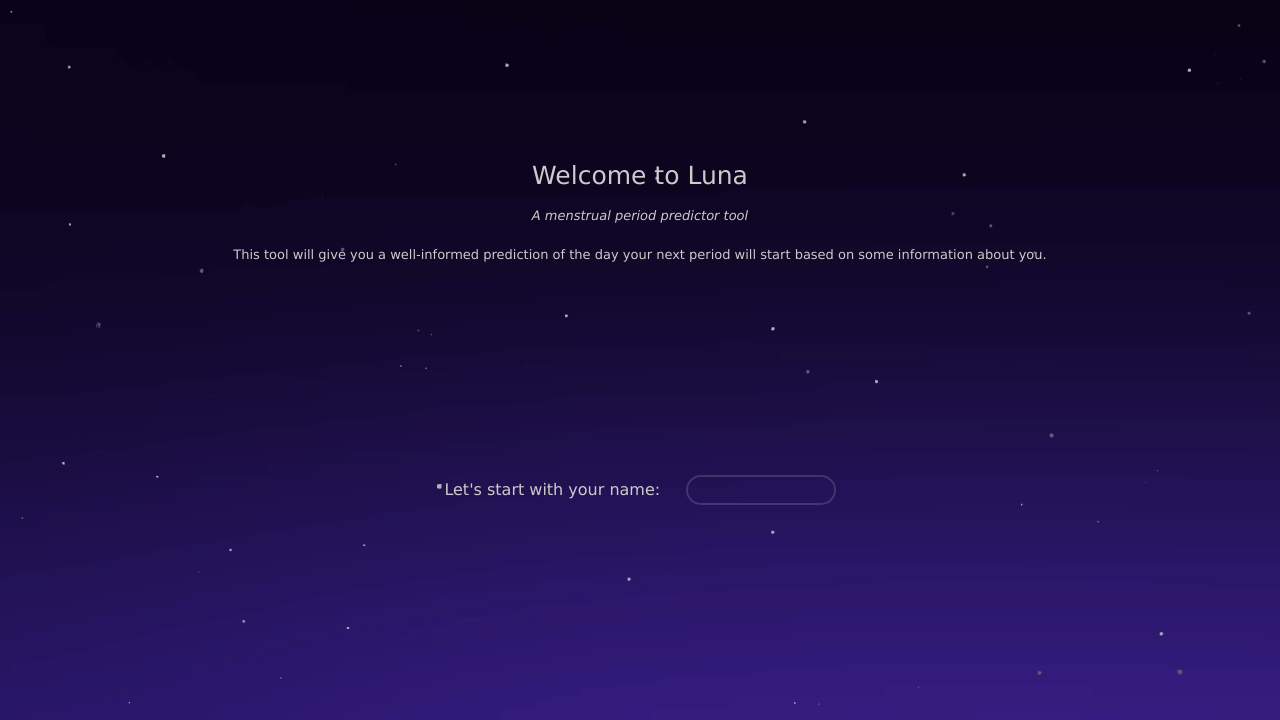
Repository: kholl28/luna-app
Page: / (app in frontend/)
These files come from the project's save history. The page is drawn as it stood at one moment and after the next save; the edit follows.
The browser window is 1280 px wide. The pictures show the whole page.
The project was rebuilt for these pictures with package versions that can differ from the ones it lists, and the page was loaded fresh each time. The framework's server and built-in components were replaced by stand-ins that run in the browser. Also part of the build but not shown: frontend/next.config.mjs, frontend/src/app/pages/input.js, frontend/src/app/pages/demos.js, frontend/src/app/components/PredictionChart.jsx, frontend/src/app/pages/prediction.js.

Above is the page before, as saved 2025-05-14 12:04:20.

### frontend/src/app/page.js
"use client";// App.js

// import { BrowserRouter, Routes, Route } from 'react-raouter-dom';
import Link from 'next/link';
import Homepage from './pages/homepage';
import Input from './pages/input';
import Demos from './pages/demos';
import Prediction from './pages/prediction';

import {useState, useEffect} from 'react';

import './app.css'
import './globals.css'

function App() {
    // return (<div>
    //       <Link href="/" element={<Homepage />} />
    //       <Link href="/homepage" element={<Homepage />} />
    //       <Link href="/input" element={<Input />} />
    //   </div>);

    const [currentPage, setCurrentPage] = useState('homepage');
    const [UserName, setName] = useState('');
    const [Age, setAge] = useState('');
    const [Feet, setFeet] = useState('');
    const [Inches, setInches] = useState('');
    const [Weight, setWeight] = useState('');
    const [demoError, setDemoError] = useState('');

    const [date, setDate] = useState([]);
    const [secondDate, setSecondDate] = useState([]);
    const [thirdDate, setThirdDate] = useState([]);
    const [dateError, setDateError] = useState(''); // error for first and second date
    const [date2Error, setDate2Error] = useState(''); // error for second and third date

    const [result, setResult] = useState(''); // prediction result

    useEffect(() => {
        console.log("Date updated:", thirdDate);
    }, [thirdDate])

    if (currentPage === 'homepage') {
        return <Homepage currentPage={currentPage} setCurrentPage={setCurrentPage} UserName={UserName} setName={setName}/>;

    } else if (currentPage === 'demos') {
        // console.log("Demos page has loaded");
        return <Demos
          currentPage={currentPage}
          setCurrentPage={setCurrentPage}
          UserName={UserName}
          setAge={setAge}
          setFeet={setFeet}
          setInches={setInches}
          setWeight={setWeight}
        />;
    } else if (currentPage === 'input') {
        return <Input
          currentPage={currentPage}
          setCurrentPage={setCurrentPage}
          Age={Age}  // Make sure this matches the state variable name
          setAge={setAge}
          Feet={Feet}
          setFeet={setFeet}
          Inches={Inches}
          setInches={setInches}
          Weight={Weight}
          setWeight={setWeight}
          date={date}
          setDate={setDate}
          secondDate={secondDate}
          setSecondDate={setSecondDate}
          thirdDate={thirdDate}
          setThirdDate={setThirdDate}
          dateError={dateError}
          setDateError={setDateError}
          date2Error={date2Error}
          setDate2Error={setDate2Error}
          setResult={setResult}
        />;
    } else if (currentPage === 'prediction') {
        return <Prediction currentPage={currentPage} setCurrentPage={setCurrentPage}
        result = {result} setResult = {setResult}
        UserName={UserName} setName={setName}
        />;
    }


}

export default App;

### frontend/src/app/globals.css
@import "tailwindcss";
@import '@fontsource/roboto/300.css';
@import '@fontsource/roboto/400.css';
@import '@fontsource/roboto/500.css';
@import '@fontsource/roboto/700.css';

:root {
  --background: url("/background.gif"); /* background image */
  --foreground: #cbcbcb;
}

:root {
  --color-background: var(--background);
  --color-foreground: var(--foreground);
  --font-geist-sans: 'Roboto', sans-serif;
  --font-geist-mono: 'Courier New', monospace;
  --font-sans: var(--font-geist-sans);
  --font-mono: var(--font-geist-mono);
}

@media (prefers-color-scheme: dark) {
  :root {
    --background: #0a0a0a;
    --foreground: #ededed;
  }
}

body {
  background: var(--background);
  background-size: cover;
  color: var(--foreground);
  font-family: Segoe UI;
}

/* --------------------------- */

/* TEXT */

/* x-small text */
.verdana-xs {
  font-family: 'Verdana';
  font-weight: normal;
  font-style: normal;
  font-size: 13px
}

.verdana-xs-italic {
  font-family: 'Verdana';
  font-weight: normal;
  font-style: italic;
  font-size: 13px
}

.verdana-s {
  font-family: 'Verdana';
  font-weight: normal;
  font-style: italic;
  font-size: 14px
}

.verdana-s-normal {
  font-family: 'Verdana';
  font-weight: normal;
  font-style: normal;
  font-size: 14px
}

/* small text */
.verdana-small {
  font-family: 'Verdana';
  font-weight: normal;
  font-style: normal;
  font-size: 16px
}

/* large text */
.verdana-large {
  font-family: 'Verdana';
  font-weight: normal;
  font-style: normal;
  font-size: 20px;
}

/* XL text */
.verdana-xl {
  font-family: 'Verdana';
  font-weight: normal;
  font-style: normal;
  font-size: 25px;
}

/* --------------------------- */

/* CONTAINERS */

/* containers */

.cycle_container {
  flex: 1;
  display: 'flex';
  border: '1px solid transparent';
  padding: '1rem';
  margin: '1rem';
  border-radius: '8px';
  background: '#f9f9f9';
}

/* input boxes */

/* smallest box for numbers with 1 digits max*/
#ip0 {
  border-radius: 20px;
  border: 2px solid rgba(196, 196, 196, 0.2);
  padding: 13px;
  width: 45px;
  height: 8px;
}

/* small box for numbers with 2 digits max*/
#ip1 {
  border-radius: 20px;
  border: 2px solid rgba(196, 196, 196, 0.2);
  padding: 13px;
  width: 55px;
  height: 8px;
}

/* medium box for numbers with 3 digits max*/
#ip2 {
  border-radius: 20px;
  border: 2px solid rgba(196, 196, 196, 0.2);
  padding: 13px;
  width: 65px;
  height: 8px;
}

/* large box for text */
#ip3 {
  border-radius: 20px;
  border: 2px solid rgba(196, 196, 196, 0.2);
  padding: 13px;
  width: 150px;
  height: 8px;
}

/* input box textfields */

/* Chrome, Safari, Edge, Opera */
input::-webkit-outer-spin-button,
input::-webkit-inner-spin-button {
  -webkit-appearance: none;
  margin: 0;
}

/* Firefox */
input[type=number] {
  appearance: textfield;
  -moz-appearance: textfield;
}

/* --------------------------- */

/* padding & positioning */

.padding-class {
  padding-bottom: 100px;
}

.padding-class-less {
  padding-bottom: 50px;
}

.padding-class-top-less {
  padding-top: 50px;
}

.padding-class-left {
  padding-left: 50px;
}

.padding-class-bottom {
  padding-bottom: 10px;
}

.padding-class-top {
  padding-top: 100px;
  padding-bottom: 10px;
}

.padding-class-toppest {
  padding-top: 120px;
  padding-bottom: 50px;
}

.padding-class-aroundish {
  padding-bottom: 10px;
  padding-top: 1px;
}

.padding-class-around {
  padding-bottom: 10px;
  padding-top: 10px;
}

.padding-class-arounder {
  padding-bottom: 10px;
  padding-top: 20px;
}

.padding-class-aroundest {
  padding-bottom: 110px;
  padding-top: 10px;
}

/* --------------------------- */

/* fade-in animation */

@keyframes fadeIn {
  from { opacity: 0; }
  to { opacity: 1; }
}

.hidden-text {
  visibility: hidden;
  opacity: 0;
  transition: opacity 2s ease-in; /* 3 second ease in */
}

.hidden-text_none {
  visibility: none;
  opacity: 0;
  transition: opacity 2s ease-in; /* 3 second ease in */
}

.fade-text {
  opacity: 0;
  transition: opacity 1.5s ease-in; /* 1.5 second ease in */
}

.fade-text2 {
  opacity: 0;
  transition: opacity 4s ease-in; /* 3 second ease in */
}

.fade-text3 {
  opacity: 0;
  transition: opacity 8s ease-in; /* 3 second ease in */
}

.fade-text.visible {
  opacity: 1;
}

.fade-text2.visible {
  opacity: 1;
}

.fade-text3.visible {
  opacity: 1;
}

/* --------------------------- */

/* react calendar */

.hidden-date {
  visibility: hidden;
  opacity: 0;
  transition: opacity 2s ease-in; /* 3 second ease in */
}

.react-calendar {
  width: 437.5px; /* Increased by 1.25 times */
  max-width: 100%;
  background-color: #1f4370;
  color: #f8f8f9;
  border-radius: 8px;
  box-shadow: 0 12px 24px rgba(0, 0, 0, 0.2);
  font-family: -apple-system, BlinkMacSystemFont, Segoe UI, Roboto, Helvetica Neue, Arial, sans-serif;
  line-height: 3.125em; /* Increased by 1.25 times */
}
.react-calendar__navigation button {
  color: #f8f8f9;
  font-weight: bold;
  min-width: 55px; /* Increased by 1.25 times */
  background: none;
  font-size: 21.25px; /* Increased by 1.25 times */
  margin-top: 10px; /* Increased by 1.25 times */
}
.react-calendar__navigation button:enabled:hover,
.react-calendar__navigation button:enabled:focus {
  background-color: #6f48eb33;
}
.react-calendar__navigation button[disabled] {
  background-color: #1f4370;
}
abbr[title] {
  text-decoration: none;
}
/* .react-calendar__month-view__days__day--weekend {
  color: #d10000;
} */

.react-calendar__tile:enabled:hover,
.react-calendar__tile:enabled:focus {
  background: #ffd392;
  color: #13294b;
  border-radius: 7.5px; /* Increased by 1.25 times */
}
.react-calendar__tile--now {
  background: #6f48eb33;
  border-radius: 7.5px; /* Increased by 1.25 times */
  color: #000000;
}
.react-calendar__tile--now:enabled:hover,
.react-calendar__tile--now:enabled:focus {
  background: #6f48eb33;
  border-radius: 7.5px; /* Increased by 1.25 times */
  font-weight: bold;
  color: #f2a499;
}
.react-calendar__tile--hasActive:enabled:hover,
.react-calendar__tile--hasActive:enabled:focus {
  background: #f8f8fa;
}
.react-calendar__tile--active {
  background: #f2a499;
  border-radius: 7.5px; /* Increased by 1.25 times */
  font-weight: bold;
  color: #b93320;
}
.react-calendar__tile--active:enabled:hover,
.react-calendar__tile--active:enabled:focus {
  background: #f2a499;
  color: #b93320;
}
.react-calendar--selectRange .react-calendar__tile--hover {
  background: #fee2c0;
  color: #13294b;
}
.react-calendar__tile--range {
  background: #ffd1d1;
  color: #b93320;
  border-radius: 0;
}
.react-calendar__tile--rangeStart {
  border-top-right-radius: 0;
  border-bottom-right-radius: 0;
  border-top-left-radius: 7.5px; /* Increased by 1.25 times */
  border-bottom-left-radius: 7.5px; /* Increased by 1.25 times */
  background: #f2a499;
  color: #b93320;
}
.react-calendar__tile--rangeEnd {
  border-top-left-radius: 0;
  border-bottom-left-radius: 0;
  border-top-right-radius: 7.5px; /* Increased by 1.25 times */
  border-bottom-right-radius: 7.5px; /* Increased by 1.25 times */
  background: #f2a499;
  color: #b93320;
}

 /* --------------------------- */

### frontend/src/app/pages/homepage.js
// "use client"; // This is a client component 👈🏽

import Image from "next/image";

import React, { useEffect, useState } from 'react';

import Button from '@mui/material/Button';

// import Typewriter from '../components/Typewriter';

// import '../globals.css';
import '../app.css';

import { useRouter } from 'next/navigation';

function Homepage({ currentPage, setCurrentPage, UserName, setName }) {
  // const [UserName, setName] = useState('');
  const [visible, setVisible] = useState(false);

    useEffect(() => {
      // Trigger fade-in when component mounts
      setVisible(true);
    }, []);

  // Log the name whenever it changes
  React.useEffect(() => {
    console.log("Name updated:", UserName);
  }, [UserName]);

  const router = useRouter();

  const handleSubmit = (event) => {
    setCurrentPage("demos");
  };

  return (
  <div style={{
    display: 'flex',
    flexDirection: 'column',
    justifyContent: 'center',
    alignItems: 'center',
    height: '100vh',
    textAlign: 'center',
  }}>
    <div className={`fade-text ${visible ? 'visible' : ''}`}>
      <p className={`verdana-xl padding-class-arounder`}>
        Welcome to Luna
      </p>
    </div>
    <div className={`fade-text2 ${visible ? 'visible' : ''}`}>
      <p className={`verdana-xs-italic padding-class-aroundish`}>
        A menstrual period predictor tool
      </p>
      <p className={`verdana-xs padding-class-aroundest`}>
      This tool will give you a well-informed prediction of the day your next period will start based on some information about you.
      </p>
      </div>
      <div className={`verdana-small padding-class-top fade-text3 ${visible ? 'visible' : ''}`}>
        <form onSubmit={handleSubmit}>
          <div>
            <label htmlFor="UserName">Let's start with your name: &nbsp;  &nbsp;  </label>
            <input
              type="text"
              id="ip3"
              value={UserName}
              onChange={(event) => setName(event.target.value)}
              required
            />
          </div>
        </form>

        <div style={{ display: 'flex', justifyContent: 'center', alignItems: 'center', marginTop: '2rem' }}>
          <Button onClick={handleSubmit} className={`verdana-small ${UserName.length > 0 ? '' : 'hidden-text'}`}>
            Next
          </Button>
        </div>
      </div>
    </div>
  );
}

export default Homepage;

### frontend/src/app/app.css
@import "tailwindcss";
@import '@fontsource/roboto/300.css';
@import '@fontsource/roboto/400.css';
@import '@fontsource/roboto/500.css';
@import '@fontsource/roboto/700.css';

:root {
  --background: url("/background.gif"); /* Replace with a valid color or CSS value */
  --foreground: #cbcbcb;
}

:root {
  --color-background: var(--background);
  --color-foreground: var(--foreground);
  --font-geist-sans: 'Roboto', sans-serif;
  --font-geist-mono: 'Courier New', monospace;
  --font-sans: var(--font-geist-sans);
  --font-mono: var(--font-geist-mono);
}

@media (prefers-color-scheme: dark) {
  :root {
    --background: #0a0a0a;
    --foreground: #ededed;
  }
}

body {
  background: var(--background);
  background-size: cover;
  color: var(--foreground);
  font-family: Segoe UI;
}

/* --------------------------- */

/* TEXT */

/* x-small text */
.verdana-xs {
  font-family: 'Verdana';
  font-weight: normal;
  font-style: normal;
  font-size: 13px
}

/* small text */
.verdana-small {
  font-family: 'Verdana';
  font-weight: normal;
  font-style: normal;
  font-size: 16px
}

/* large text */
.verdana-large {
  font-family: 'Verdana';
  font-weight: normal;
  font-style: normal;
  font-size: 20px;
}

/* XL text */
.verdana-xl {
  font-family: 'Verdana';
  font-weight: normal;
  font-style: normal;
  font-size: 25px;
}

/* --------------------------- */

/* CONTAINERS */

/* containers */

.cycle_container {
  flex: 1;
  display: 'flex';
  border: '1px solid transparent';
  padding: '1rem';
  margin: '1rem';
  border-radius: '8px';
  background: '#f9f9f9';
}

/* input boxes */

/* small box for numbers with 2 digits max*/
#ip1 {
  border-radius: 20px;
  border: 2px solid rgba(196, 196, 196, 0.2);
  padding: 13px;
  width: 70px;
  height: 8px;
}

/* medium box for numbers with 3 digits max*/
#ip2 {
  border-radius: 20px;
  border: 2px solid rgba(196, 196, 196, 0.2);
  padding: 13px;
  width: 80px;
  height: 8px;
}

/* large box for text */
#ip3 {
  border-radius: 20px;
  border: 2px solid rgba(196, 196, 196, 0.2);
  padding: 13px;
  width: 150px;
  height: 8px;
}

/* input box textfields */

/* Chrome, Safari, Edge, Opera */
input::-webkit-outer-spin-button,
input::-webkit-inner-spin-button {
  -webkit-appearance: none;
  margin: 0;
}

/* Firefox */
input[type=number] {
  appearance: textfield;
  -moz-appearance: textfield;
}

/* --------------------------- */

/* padding & positioning */

.padding-class {
  padding-bottom: 100px;
}

.padding-class-less {
  padding-bottom: 50px;
}

.padding-class-top-less {
  padding-top: 50px;
}

.padding-class-left {
  padding-left: 50px;
}

.padding-class-bottom {
  padding-bottom: 10px;
}

.padding-class-top {
  padding-top: 100px;
  padding-bottom: 10px;
}

.padding-class-around {
  padding-bottom: 10px;
  padding-top: 10px;
}

/* --------------------------- */

/* fade-in animation */

.fade-text {
  opacity: 0;
  transition: opacity 1.5s ease-in; /* 1.5 second ease in */
}

.fade-text2 {
  opacity: 0;
  transition: opacity 4s ease-in; /* 4 second ease in */
}

.fade-text.visible {
  opacity: 1;
}

.fade-text2.visible {
  opacity: 1;
}

/* --------------------------- */

/* react calendar */

.hidden-date {
  opacity: 0;
}

.hidden-text {
  opacity: 0;
  transition: opacity 1.5s ease-in; /* 3 second ease in */
}

.react-calendar {
  width: 437.5px; /* Increased by 1.25 times */
  max-width: 100%;
  background-color: #1f4370;
  color: #f8f8f9;
  border-radius: 8px;
  box-shadow: 0 12px 24px rgba(0, 0, 0, 0.2);
  font-family: -apple-system, BlinkMacSystemFont, Segoe UI, Roboto, Helvetica Neue, Arial, sans-serif;
  line-height: 3.125em; /* Increased by 1.25 times */
}
.react-calendar__navigation button {
  color: #f8f8f9;
  font-weight: bold;
  min-width: 55px; /* Increased by 1.25 times */
  background: none;
  font-size: 21.25px; /* Increased by 1.25 times */
  margin-top: 10px; /* Increased by 1.25 times */
}
.react-calendar__navigation button:enabled:hover,
.react-calendar__navigation button:enabled:focus {
  background-color: #f8f8fa;
}
.react-calendar__navigation button[disabled] {
  background-color: #f0f0f0;
}
abbr[title] {
  text-decoration: none;
}
/* .react-calendar__month-view__days__day--weekend {
  color: #d10000;
} */

.react-calendar__tile:enabled:hover,
.react-calendar__tile:enabled:focus {
  background: #ffd392;
  color: #13294b;
  border-radius: 7.5px; /* Increased by 1.25 times */
}
.react-calendar__tile--now {
  background: #6f48eb33;
  border-radius: 7.5px; /* Increased by 1.25 times */
  color: #000000;
}
.react-calendar__tile--now:enabled:hover,
.react-calendar__tile--now:enabled:focus {
  background: #6f48eb33;
  border-radius: 7.5px; /* Increased by 1.25 times */
  font-weight: bold;
  color: #f2a499;
}
.react-calendar__tile--hasActive:enabled:hover,
.react-calendar__tile--hasActive:enabled:focus {
  background: #f8f8fa;
}
.react-calendar__tile--active {
  background: #f2a499;
  border-radius: 7.5px; /* Increased by 1.25 times */
  font-weight: bold;
  color: #b93320;
}
.react-calendar__tile--active:enabled:hover,
.react-calendar__tile--active:enabled:focus {
  background: #f2a499;
  color: #b93320;
}
.react-calendar--selectRange .react-calendar__tile--hover {
  background: #fee2c0;
  color: #13294b;
}
.react-calendar__tile--range {
  background: #ffd1d1;
  color: #b93320;
  border-radius: 0;
}
.react-calendar__tile--rangeStart {
  border-top-right-radius: 0;
  border-bottom-right-radius: 0;
  border-top-left-radius: 7.5px; /* Increased by 1.25 times */
  border-bottom-left-radius: 7.5px; /* Increased by 1.25 times */
  background: #f2a499;
  color: #b93320;
}
.react-calendar__tile--rangeEnd {
  border-top-left-radius: 0;
  border-bottom-left-radius: 0;
  border-top-right-radius: 7.5px; /* Increased by 1.25 times */
  border-bottom-right-radius: 7.5px; /* Increased by 1.25 times */
  background: #f2a499;
  color: #b93320;
}

 /* --------------------------- */

Loaded but not shown: frontend/src/app/layout.js (common file)

After the next save:
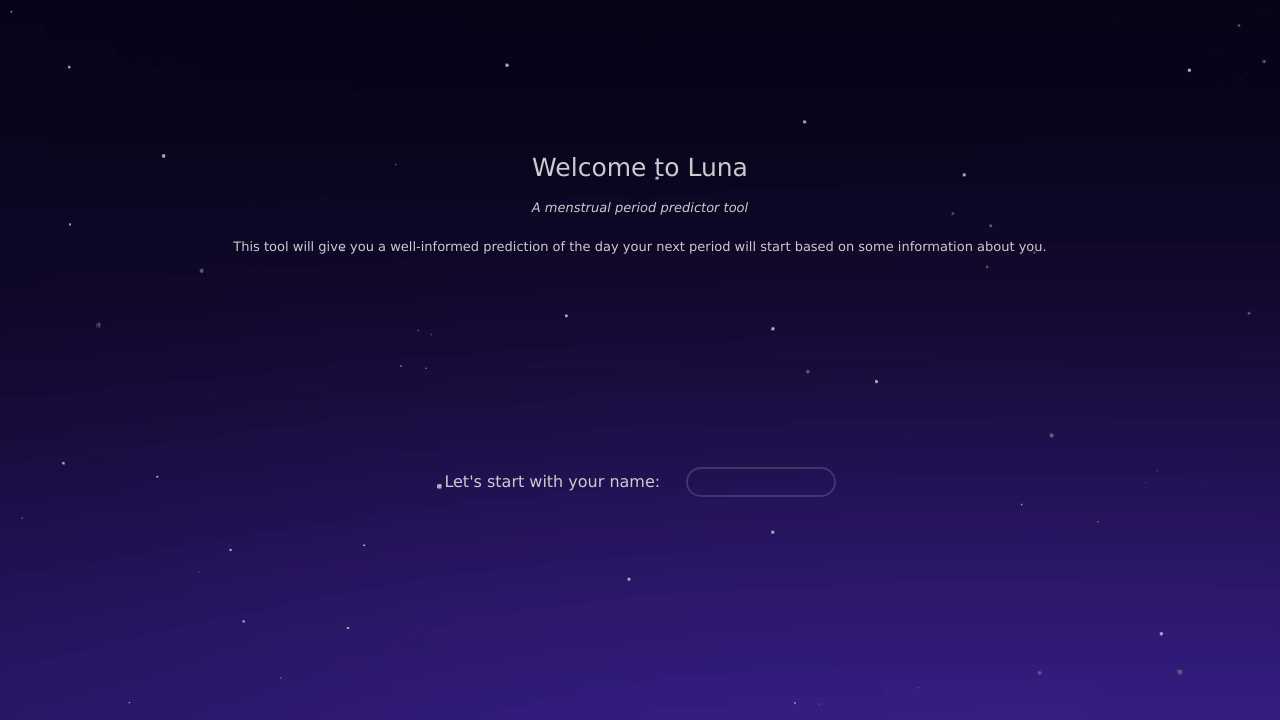
Saved 6 s later.
--- a/frontend/src/app/pages/homepage.js
+++ b/frontend/src/app/pages/homepage.js
@@ -69,7 +69,7 @@ function Homepage({ currentPage, setCurrentPage, UserName, setName }) {
           </div>
         </form>
 
-        <div style={{ display: 'flex', justifyContent: 'center', alignItems: 'center', marginTop: '2rem' }}>
+        <div style={{ display: 'flex', justifyContent: 'center', alignItems: 'center', marginTop: '3rem' }}>
           <Button onClick={handleSubmit} className={`verdana-small ${UserName.length > 0 ? '' : 'hidden-text'}`}>
             Next
           </Button>
